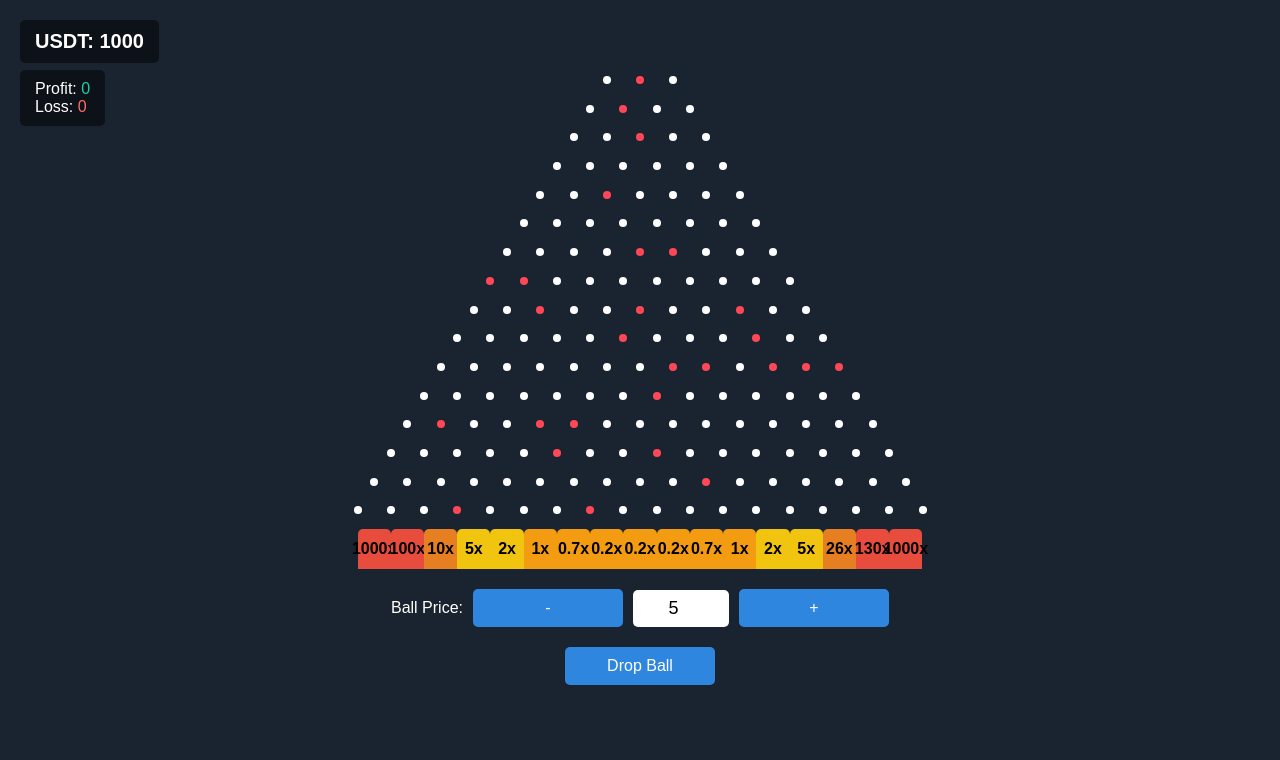
Repository: daffa-alif/PLINKO-JS
Page: plinko.html
The author's editor kept a copy of each file at every save. The page is drawn from the files as they stood at one save, then again after the next save.
The browser window is 1280 px wide. The pictures show the whole page.

Above is the page before, as saved 2025-03-07 08:47:02.

### plinko.html
<!DOCTYPE html>
<html lang="en">
<head>
    <meta charset="UTF-8">
    <meta name="viewport" content="width=device-width, initial-scale=1.0">
    <title>Plinko Game</title>
    <style>
        body {
            padding: 20px 20px 20px 20px;
            background-color: #1a2430;
            font-family: Arial, sans-serif;
            display: flex;
            justify-content: center;
            align-items: center;
            height: 100vh;
            margin: 0;
            color: white;
            overflow: hidden;
        }

        .container {
            position: relative;
            width: 600px;
            height: 700px;
            display: flex;
            flex-direction: column;
            align-items: center;
        }

        .plinko-board {
            position: relative;
            width: 500px;
            height: 600px;
        }

        .peg {
            position: absolute;
            width: 8px;
            height: 8px;
            background-color: white;
            border-radius: 50%;
            transform: translate(-50%, -50%);
        }

        .highlight-peg {
            background-color: #ff4757;
        }

        .ball {
            position: absolute;
            width: 16px;
            height: 16px;
            background-color: #ff6b81;
            border-radius: 50%;
            z-index: 10;
            transform: translate(-50%, -50%);
        }

        .buckets {
            display: flex;
            width: 100%;
            justify-content: space-between;
            position: absolute;
            bottom: 0;
        }

        .bucket {
            width: 55px;
            height: 40px;
            display: flex;
            justify-content: center;
            align-items: center;
            font-weight: bold;
            color: black;
            border-top-left-radius: 5px;
            border-top-right-radius: 5px;
        }

        .controls {
            margin-top: 20px;
            display: flex;
            flex-direction: column;
            align-items: center;
            gap: 10px;
            width: 100%;
        }

        button {
            padding: 10px 20px;
            font-size: 16px;
            border: none;
            border-radius: 5px;
            background-color: #2e86de;
            color: white;
            cursor: pointer;
            width: 150px;
        }

        button:hover {
            background-color: #54a0ff;
        }

        button:disabled {
            background-color: #7f8c8d;
            cursor: not-allowed;
        }

        .balance {
            position: absolute;
            top: 20px;
            left: 20px;
            font-size: 20px;
            font-weight: bold;
            background-color: rgba(0, 0, 0, 0.5);
            padding: 10px 15px;
            border-radius: 5px;
            z-index: 100;
        }

        .statistics {
            position: absolute;
            top: 70px;
            left: 20px;
            font-size: 16px;
            background-color: rgba(0, 0, 0, 0.5);
            padding: 10px 15px;
            border-radius: 5px;
            z-index: 100;
        }

        .profit {
            color: #1dd1a1;
        }

        .loss {
            color: #ff6b6b;
        }

        .price-controls {
            display: flex;
            align-items: center;
            gap: 10px;
            margin-bottom: 10px;
        }

        input {
            padding: 8px;
            width: 80px;
            text-align: center;
            font-size: 18px;
            border-radius: 5px;
            border: none;
        }

        .results {
            margin-top: 10px;
            font-size: 18px;
            color: #1dd1a1;
            height: 25px;
        }

        .falling-ball-animation {
            display: block;
            position: absolute;
            top: 0;
            left: 50%;
            transform: translateX(-50%);
            width: 16px;
            height: 16px;
            background-color: #ff6b81;
            border-radius: 50%;
            z-index: 11;
            animation: fallAnimation 1s ease-in;
        }

        @keyframes fallAnimation {
            0% {
                top: -20px;
            }
            100% {
                top: 20px;
            }
        }
    </style>
</head>
<body>
    <div class="balance">USDT: <span id="balance">1000</span></div>
    <div class="statistics">
        Profit: <span id="profit" class="profit">0</span><br>
        Loss: <span id="loss" class="loss">0</span>
    </div>
    <div class="container">
        <div class="plinko-board" id="plinkoBoard"></div>
        <div class="controls">
            <div class="price-controls">
                <span>Ball Price:</span>
                <button id="decreasePrice">-</button>
                <input type="number" id="ballPrice" value="5" min="5" max="1000">
                <button id="increasePrice">+</button>
            </div>
            <button id="dropButton">Drop Ball</button>
            <div class="results" id="results"></div>
        </div>
    </div>

    <script>
        // Game configuration
        const config = {
            rows: 16,                // Number of rows of pegs
            pegsStartCount: 3,       // Start with 3 pegs at the top row
            ballSpeed: 0.5,
            gravity: 0.15,
            friction: 0.99,
            pegInfluence: 0.6,
            maxActiveBalls: 10,
            // Updated multipliers to match the image exactly
            multipliers: [1000, 100, 10, 5, 2, 1, 0.7, 0.2, 0.2, 0.2, 0.7, 1, 2, 5, 26, 130, 1000],
            horizontalSpacingFactor: 1.13
        };

        let balance = 1000;
        let totalProfit = 0;
        let totalLoss = 0;
        let ballPrice = 30;
        let activeBalls = [];
        let pegLayout = [];

        // Initialize the board
        function initializeBoard() {
            const board = document.getElementById('plinkoBoard');
            const boardWidth = board.clientWidth;
            const boardHeight = board.clientHeight;

            // Calculate peg spacing for the wider triangular pattern
            const horizontalSpacing = (boardWidth / (config.rows + 1)) * config.horizontalSpacingFactor;
            const verticalSpacing = (boardHeight - 80) / (config.rows);

            // Create pegs in a triangular pattern with progressive row lengths
            for (let row = 0; row < config.rows; row++) {
                // Calculate number of pegs in this row (increase by 1 for each row, starting with config.pegsStartCount)
                const pegsInRow = config.pegsStartCount + row;

                // Calculate the starting position for the first peg in the row
                const rowStartX = boardWidth / 2 - (horizontalSpacing * (pegsInRow - 1)) / 2;

                for (let col = 0; col < pegsInRow; col++) {
                    const peg = document.createElement('div');
                    peg.className = 'peg';

                    // Add some highlight pegs (red pegs)
                    if (Math.random() < 0.2) {
                        peg.classList.add('highlight-peg');
                    }

                    // Calculate position for evenly distributed pegs
                    const offsetX = rowStartX + col * horizontalSpacing;
                    const offsetY = verticalSpacing * row + 50;

                    peg.style.left = `${offsetX}px`;
                    peg.style.top = `${offsetY}px`;

                    board.appendChild(peg);

                    // Store peg position for collision detection
                    pegLayout.push({
                        x: offsetX,
                        y: offsetY,
                        highlight: peg.classList.contains('highlight-peg'),
                        element: peg
                    });
                }
            }

            // Create buckets - FIXED VERSION
            const buckets = document.createElement('div');
            buckets.className = 'buckets';

            // Get the last row of pegs to align buckets with
            const lastRowPegs = pegLayout.slice(-config.pegsStartCount - config.rows + 1);
            const leftmostPeg = lastRowPegs[0].x;
            const rightmostPeg = lastRowPegs[lastRowPegs.length - 1].x;
            const bucketAreaWidth = rightmostPeg - leftmostPeg;

            // Define colors for buckets based on multipliers
            const getColorForMultiplier = (multiplier) => {
                if (multiplier >= 100) return '#e74c3c';      // Red for highest multipliers
                if (multiplier >= 10) return '#e67e22';       // Orange for high multipliers
                if (multiplier >= 2) return '#f1c40f';        // Yellow for medium multipliers
                return '#f39c12';                             // Gold for low multipliers
            };

            // Set the buckets container width to match the width of the last row of pegs
            buckets.style.width = `${bucketAreaWidth}px`;
            buckets.style.left = `${leftmostPeg}px`;
            buckets.style.position = 'absolute';

            // Add bucket divs to match the multipliers
            const multiplierCount = config.multipliers.length;
            const bucketWidth = bucketAreaWidth / multiplierCount;

            for (let i = 0; i < multiplierCount; i++) {
                const bucket = document.createElement('div');
                bucket.className = 'bucket';
                bucket.style.backgroundColor = getColorForMultiplier(config.multipliers[i]);
                bucket.textContent = `${config.multipliers[i]}x`;
                bucket.style.width = `${bucketWidth}px`;
                buckets.appendChild(bucket);
            }

            board.appendChild(buckets);
        }

        // Create a falling ball animation
        function showBallDropAnimation() {
            return new Promise(resolve => {
                const board = document.getElementById('plinkoBoard');
                const fallingBall = document.createElement('div');
                fallingBall.className = 'falling-ball-animation';
                board.appendChild(fallingBall);

                setTimeout(() => {
                    fallingBall.remove();
                    resolve();
                }, 500);
            });
        }

        // Create a ball and start animation
        async function dropBall() {
            const currentBallPrice = parseInt(document.getElementById('ballPrice').value);
            if (balance < currentBallPrice) {
                document.getElementById('results').textContent = "Not enough balance!";
                setTimeout(() => {
                    document.getElementById('results').textContent = "";
                }, 2000);
                return;
            }

            // Check if we've reached the maximum number of active balls
            if (activeBalls.length >= config.maxActiveBalls) {
                document.getElementById('results').textContent = "Too many balls in play!";
                setTimeout(() => {
                    document.getElementById('results').textContent = "";
                }, 2000);
                return;
            }

            // Deduct ball price from balance
            balance -= currentBallPrice;
            document.getElementById('balance').textContent = balance;

            // Show the ball drop animation
            await showBallDropAnimation();

            const board = document.getElementById('plinkoBoard');
            const boardWidth = board.clientWidth;

            // Ball starts at the top center of the board
            const ball = document.createElement('div');
            ball.className = 'ball';
            ball.style.left = `${boardWidth / 2}px`;
            ball.style.top = '20px';
            board.appendChild(ball);

            // Create a new ball object
            const newBall = {
                element: ball,
                id: Date.now(),
                x: boardWidth / 2,
                y: 20,
                vx: (Math.random() - 0.5) * 0.5,
                vy: 1,
                radius: 8,
                price: currentBallPrice
            };

            // Add ball to active balls array
            activeBalls.push(newBall);

            // Start animation if it's not already running
            if (activeBalls.length === 1) {
                requestAnimationFrame(animateAllBalls);
            }
        }

        // Animate all active balls
        function animateAllBalls(timestamp) {
            if (activeBalls.length === 0) return;

            const board = document.getElementById('plinkoBoard');
            const boardWidth = board.clientWidth;
            const boardHeight = board.clientHeight;

            // Get bucket positions for collision detection - FIXED VERSION
            const buckets = document.querySelector('.buckets');
            const bucketsRect = buckets.getBoundingClientRect();
            const boardRect = board.getBoundingClientRect();

            const bucketsLeft = bucketsRect.left - boardRect.left;
            const bucketsWidth = bucketsRect.width;
            const bucketCount = config.multipliers.length;
            const bucketWidth = bucketsWidth / bucketCount;

            // Process each active ball
            for (let i = activeBalls.length - 1; i >= 0; i--) {
                const ball = activeBalls[i];

                // Apply gravity
                ball.vy += config.gravity;

                // Apply friction
                ball.vx *= config.friction;
                ball.vy *= config.friction;

                // Update position
                ball.x += ball.vx;
                ball.y += ball.vy;

                // Collision with side walls
                if (ball.x - ball.radius < 0) {
                    ball.x = ball.radius;
                    ball.vx = -ball.vx * 0.5;
                } else if (ball.x + ball.radius > boardWidth) {
                    ball.x = boardWidth - ball.radius;
                    ball.vx = -ball.vx * 0.5;
                }

                // Collision with pegs
                for (const peg of pegLayout) {
                    const dx = ball.x - peg.x;
                    const dy = ball.y - peg.y;
                    const distance = Math.sqrt(dx * dx + dy * dy);

                    if (distance < ball.radius + 6) {
                        // Calculate the angle of collision
                        const angle = Math.atan2(dy, dx);

                        // Move the ball outside of the peg
                        const newX = peg.x + (ball.radius + 6) * Math.cos(angle);
                        const newY = peg.y + (ball.radius + 6) * Math.sin(angle);

                        ball.x = newX;
                        ball.y = newY;

                        // Add randomness to the bounce but with a slight bias toward outer edges
                        let randomness = (Math.random() * 2 - 1) * config.pegInfluence;

                        // Very subtle bias toward edges
                        if (ball.x < boardWidth * 0.3) {
                            randomness -= 0.05; // Slight bias leftward
                        } else if (ball.x > boardWidth * 0.7) {
                            randomness += 0.05; // Slight bias rightward
                        }

                        // Update velocity with a bounce effect and randomness
                        const speed = Math.sqrt(ball.vx * ball.vx + ball.vy * ball.vy);
                        ball.vx = Math.cos(angle + randomness) * speed;
                        ball.vy = Math.sin(Math.abs(angle + randomness)) * speed; // Keep ball moving downward

                        // Highlight the peg temporarily
                        peg.element.style.backgroundColor = '#ffdd59';
                        setTimeout(() => {
                            peg.element.style.backgroundColor = peg.highlight ? '#ff4757' : 'white';
                        }, 100);
                    }
                }

                // Check if ball reached bucket level
                if (ball.y > boardHeight - 60) {
                    // Calculate which bucket the ball fell into based on the fixed buckets position - FIXED VERSION
                    let bucketIndex = -1;

                    // Check if the ball is within the bucket area
                    if (ball.x >= bucketsLeft && ball.x <= bucketsLeft + bucketsWidth) {
                        // Calculate the bucket index based on the ball's position relative to the buckets
                        bucketIndex = Math.floor((ball.x - bucketsLeft) / bucketWidth);
                        bucketIndex = Math.min(bucketIndex, bucketCount - 1);
                    } else {
                        // If the ball is outside the bucket area, put it in the nearest edge bucket
                        bucketIndex = ball.x < bucketsLeft ? 0 : bucketCount - 1;
                    }

                    // Apply multiplier to the bet
                    const multiplier = config.multipliers[bucketIndex];
                    const winAmount = Math.floor(ball.price * multiplier);
                    balance += winAmount;
                    document.getElementById('balance').textContent = balance;

                    // Update profit/loss statistics
                    if (winAmount > ball.price) {
                        const profit = winAmount - ball.price;
                        totalProfit += profit;
                        document.getElementById('profit').textContent = totalProfit;
                    } else if (winAmount < ball.price) {
                        const loss = ball.price - winAmount;
                        totalLoss += loss;
                        document.getElementById('loss').textContent = totalLoss;
                    }

                    // Display result message
                    const resultElement = document.getElementById('results');
                    if (winAmount > ball.price) {
                        resultElement.textContent = `You won ${winAmount} USDT!`;
                        resultElement.style.color = '#1dd1a1';
                    } else if (winAmount < ball.price) {
                        resultElement.textContent = `You lost ${ball.price - winAmount} USDT`;
                        resultElement.style.color = '#ff6b6b';
                    } else {
                        resultElement.textContent = `You broke even!`;
                        resultElement.style.color = '#f7d794';
                    }

                    // Highlight the winning bucket
                    const bucketElements = document.querySelectorAll('.bucket');
                    bucketElements[bucketIndex].style.transform = 'translateY(-5px)';
                    setTimeout(() => {
                        bucketElements[bucketIndex].style.transform = 'translateY(0)';
                    }, 300);

                    // Remove ball from DOM
                    ball.element.remove();

                    // Remove ball from active balls array
                    activeBalls.splice(i, 1);
                }

                // Update ball position in DOM
                ball.element.style.left = `${ball.x}px`;
                ball.element.style.top = `${ball.y}px`;
            }

            // Continue animation if there are still active balls
            if (activeBalls.length > 0) {
                requestAnimationFrame(animateAllBalls);
            }
        }

        // Initialize the game
        window.addEventListener('DOMContentLoaded', () => {
            initializeBoard();

            // Update balance display
            document.getElementById('balance').textContent = balance;

            // Add event listener for the drop button
            document.getElementById('dropButton').addEventListener('click', () => {
                dropBall();
            });

            // Add event listeners for ball price adjustment
            document.getElementById('decreasePrice').addEventListener('click', () => {
                const priceInput = document.getElementById('ballPrice');
                let currentPrice = parseInt(priceInput.value);
                if (currentPrice > 5) {
                    priceInput.value = currentPrice - 5;
                }
            });

            document.getElementById('increasePrice').addEventListener('click', () => {
                const priceInput = document.getElementById('ballPrice');
                let currentPrice = parseInt(priceInput.value);
                if (currentPrice < 1000) {
                    priceInput.value = currentPrice + 5;
                }
            });

            // Ensure ball price is valid
            document.getElementById('ballPrice').addEventListener('change', (e) => {
                let value = parseInt(e.target.value);
                if (isNaN(value) || value < 5) {
                    e.target.value = 5;
                } else if (value > 1000) {
                    e.target.value = 1000;
                }
            });
        });
    </script>
</body>
</html>

After the next save:
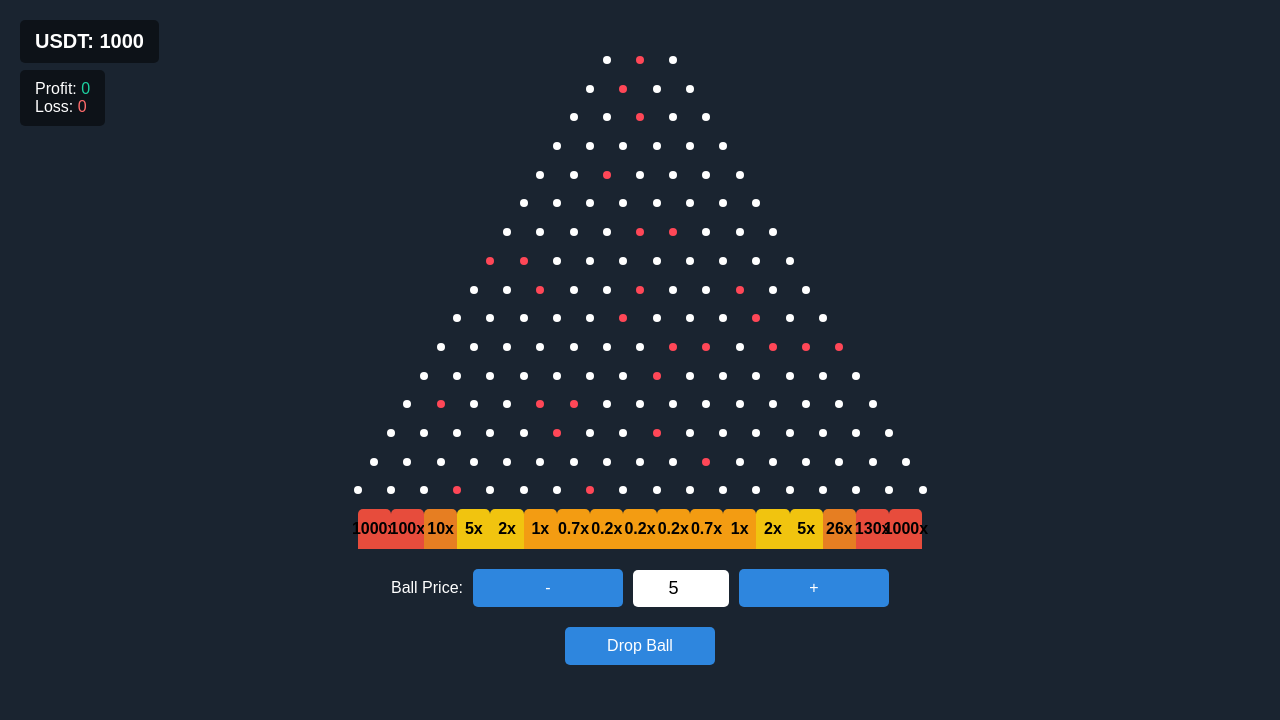
Saved 7 s later.
--- a/plinko.html
+++ b/plinko.html
@@ -6,7 +6,6 @@
     <title>Plinko Game</title>
     <style>
         body {
-            padding: 20px 20px 20px 20px;
             background-color: #1a2430;
             font-family: Arial, sans-serif;
             display: flex;
